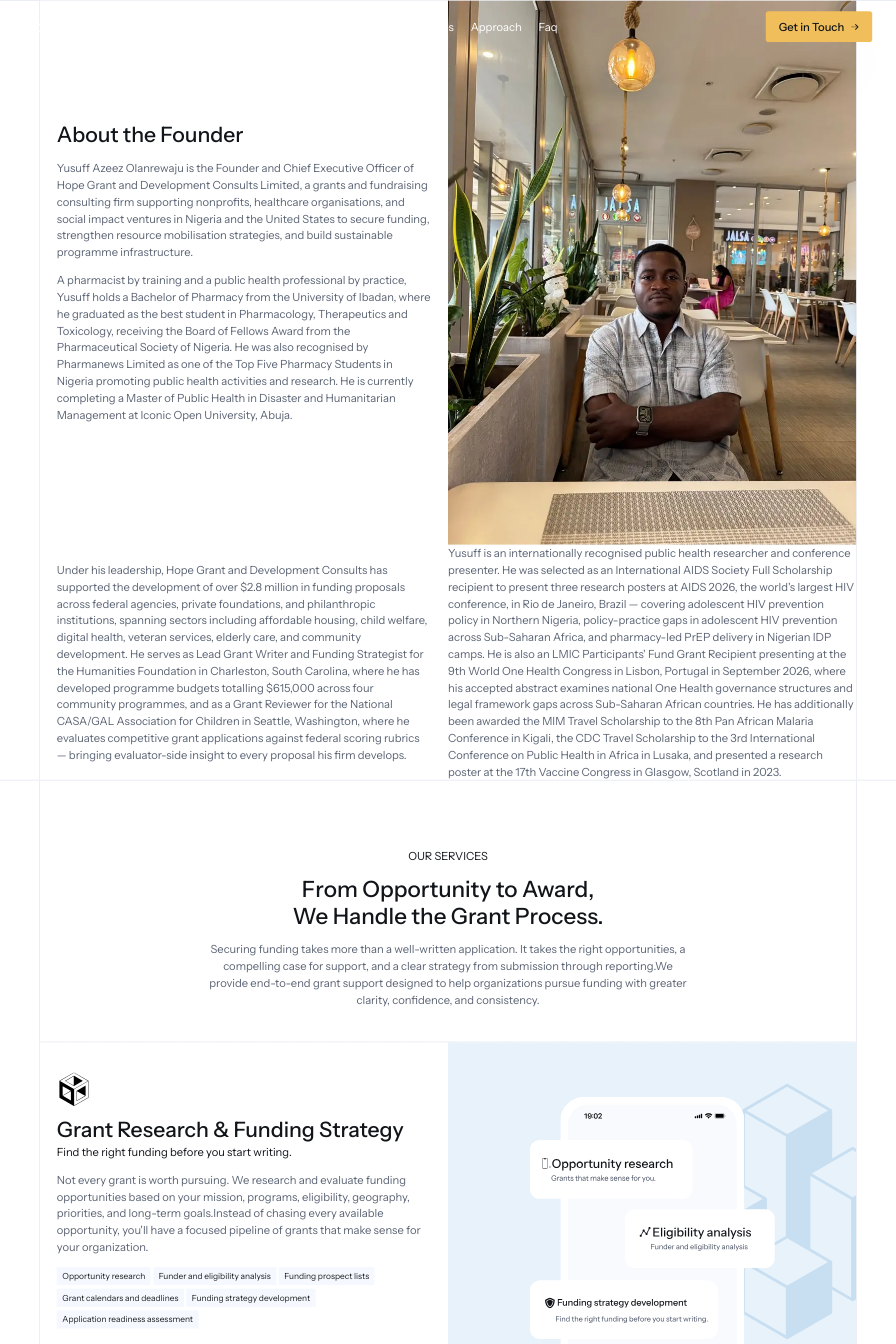
Repository: Ajeyinka/Upgrowth
Page: about.html
An editor plug-in stored every save of this project. The page is shown before and after the next save, followed by the edit.
The browser window is 1280 px wide. The pictures show the part of the page from y = 0 to 1920 px (the page is 5203 px tall before and 5206 px after), at 70% of full size.

Above is the page before, as saved 2026-09-24 18:41:44.

### about.html
<!doctype html>
<html lang="en">
  <head>
    <meta charset="UTF-8" />
    <meta name="viewport" content="width=device-width, initial-scale=1.0" />
     <meta
      name="description"
      content="Granted Advisors specialize in helping you scale your impact and secure resources they need to fulfill their mission"
    />
    <meta name="author" content="designer_0layinka" />
    <meta name="robots" content="index, follow" />
    <title>UpGrowth Consulting | grant writing service</title>
    <link rel="stylesheet" href="styles.css" />
    <link rel="icon" type="image/svg" href="images/logo.svg">
     <script src="script.js" defer></script>
  </head>
  <body>

    <nav class="navbar">
      <div class="nav-wrapper">
        <a class="logo" href="/">
           Hope Consults
        </a>

      <ul class="nav-list">
        <li><a href="#about">About Us</a></li>
        <li><a href="#services">Services</a></li>
        <li><a href="#approach">Approach</a></li>
        <li><a href="#faq">Faq</a></li>
      </ul>
      <div class="btn-wrap">
        <a href="contact.html" class="primary-btn"
          >Get in Touch
           <svg xmlns:xlink="http://www.w3.org/1999/xlink"  width="100%" height="100%" viewBox="0 0 16 17" fill="currentColor" xmlns="http://www.w3.org/2000/svg">
<path opacity="0.5" d="M2.66659 8C2.53398 8 2.4068 8.05268 2.31303 8.14645C2.21926 8.24021 2.16659 8.36739 2.16659 8.5C2.16659 8.63261 2.21926 8.75978 2.31303 8.85355C2.4068 8.94732 2.53398 9 2.66659 9L2.66659 8ZM2.66659 9L13.3333 9L13.3333 8L2.66659 8L2.66659 9Z" fill="currentColor"></path>
<path d="M13.9152 8.02637C14.1555 8.32095 14.138 8.75567 13.8634 9.03028L9.86341 13.0303C9.57051 13.3232 9.09575 13.3232 8.80286 13.0303C8.50997 12.7374 8.50997 12.2626 8.80286 11.9697L12.2726 8.5L8.80286 5.03028C8.50997 4.73738 8.50997 4.26262 8.80286 3.96973C9.09575 3.67684 9.57052 3.67684 9.86341 3.96973L13.8634 7.96973L13.9152 8.02637Z" fill="currentColor"></path>
</svg>
        </a>
      </div>
      <div class="btn-toggle-hold">
              <a href="#" class="toggle_button" id="toggle_button">
                <span class="bar one"></span>
                <span class="bar two"></span>
                <span class="bar three"></span>
              </a>

            </div>

    </nav>
    <main>
         <section class="about-section" id="about">
  <div class="container_large">
    <div class="padding_globe">
      <div class="service-component">
        <div class="section-conten">

        <div class="two-col-grid">
            <div class="grid-text">
              <div>


                <h2>
                  About the Founder
                </h2>
              </div>

              <p>
                Yusuff Azeez Olanrewaju is the Founder and Chief Executive Officer of Hope Grant and Development Consults Limited, a grants and fundraising consulting firm supporting nonprofits, healthcare organisations, and social impact ventures in Nigeria and the United States to secure funding, strengthen resource mobilisation strategies, and build sustainable programme infrastructure.



              </p>
              <p>A pharmacist by training and a public health professional by practice, Yusuff holds a Bachelor of Pharmacy from the University of Ibadan, where he graduated as the best student in Pharmacology, Therapeutics and Toxicology, receiving the Board of Fellows Award from the Pharmaceutical Society of Nigeria. He was also recognised by Pharmanews Limited as one of the Top Five Pharmacy Students in Nigeria promoting public health activities and research. He is currently completing a Master of Public Health in Disaster and Humanitarian Management at Iconic Open University, Abuja.</p>
            </div>

            <div class="grid-image">
              <img src="images/consult.webp" alt="" />
            </div>
          </div>

           <div class="two-col-grid">
            <div class="grid-text">


              <p>
                Under his leadership, Hope Grant and Development Consults has supported the development of over $2.8 million in funding proposals across federal agencies, private foundations, and philanthropic institutions, spanning sectors including affordable housing, child welfare, digital health, veteran services, elderly care, and community development. He serves as Lead Grant Writer and Funding Strategist for the Humanities Foundation in Charleston, South Carolina, where he has developed programme budgets totalling $615,000 across four community programmes, and as a Grant Reviewer for the National CASA/GAL Association for Children in Seattle, Washington, where he evaluates competitive grant applications against federal scoring rubrics — bringing evaluator-side insight to every proposal his firm develops.

              </p>

            </div>

            <div class="grid-image">
               <p>
                Yusuff is an internationally recognised public health researcher and conference presenter. He was selected as an International AIDS Society Full Scholarship recipient to present three research posters at AIDS 2026, the world's largest HIV conference, in Rio de Janeiro, Brazil — covering adolescent HIV prevention policy in Northern Nigeria, policy-practice gaps in adolescent HIV prevention across Sub-Saharan Africa, and pharmacy-led PrEP delivery in Nigerian IDP camps. He is also an LMIC Participants' Fund Grant Recipient presenting at the 9th World One Health Congress in Lisbon, Portugal in September 2026, where his accepted abstract examines national One Health governance structures and legal framework gaps across Sub-Saharan African countries. He has additionally been awarded the MIM Travel Scholarship to the 8th Pan African Malaria Conference in Kigali, the CDC Travel Scholarship to the 3rd International Conference on Public Health in Africa in Lusaka, and presented a research poster at the 17th Vaccine Congress in Glasgow, Scotland in 2023.




              </p>
            </div>
          </div>

        </div>
      </div>
    </div>
  </div>
</section>

        <section class="service-section" id="services">
          <div class="container_large">
             <div class="padding_globe">
              <div class="service-component">
                 <div class="section-top">
                  <div class="section-top-text">
                        <div class="eye-brow">OUR SERVICES</div>
                        <h2>From Opportunity to Award, We Handle the Grant Process.</h2>
                         <p>Securing funding takes more than a well-written application. It takes the right opportunities, a compelling case for support, and a clear strategy from submission through reporting.We provide end-to-end grant support designed to help organizations pursue funding with greater clarity, confidence, and consistency.</p>
                  </div>

                 </div>
                 <div class="section-content">
                   <div class="two-col-grid">
                     <div class="grid-text">
                      <img src="images/grant.svg" alt="" srcset="">
                      <div>
                        <h3>Grant Research & Funding Strategy</h3>
                       <div class="eye-brow">Find the right funding before you start writing.</div>
                      </div>
                       <p>Not every grant is worth pursuing. We research and evaluate funding opportunities based on your mission, programs, eligibility, geography, priorities, and long-term goals.Instead of chasing every available opportunity, you'll have a focused pipeline of grants that make sense for your organization.</p>
                        <div class="tags">
                        <div class="tag">Opportunity research</div>
                        <div class="tag">Funder and eligibility analysis</div>
                        <div class="tag">Funding prospect lists</div>
                        <div class="tag">Grant calendars and deadlines</div>
                        <div class="tag">Funding strategy development</div>
                        <div class="tag">Application readiness assessment</div>
                       </div>
                     </div>
                     <div class="grid-image">
                      <img src="images/firstbg.svg" alt="" srcset="">
                      <img src="images/grand-research.svg" alt="" srcset="" class=" rsh">
                    </div>
                   </div>
                    <div class="two-col-grid">

                     <div class="grid-image">
                      <img src="images/secondbg.svg" alt="" srcset="">
                      <img src="images/grantwrite.svg" alt="" srcset="" class="top">
                    </div>
                    <div class="grid-text">
                      <img src="images/grant2.svg" alt="" srcset="">
                      <div>
                        <h3>Grant Writing & Proposal Development</h3>
                       <div class="eye-brow">Turn your mission into a case funders can believe in..</div>
                      </div>
                       <p>A strong proposal connects what your organization does with what funders care about. We transform your programs, goals, data, and impact into clear, persuasive applications built around each funder's requirements.From the first narrative to the final submission package, every detail is developed with clarity and purpose.</p>
                        <div class="tags">
                        <div class="tag">Proposal and narrative development</div>
                        <div class="tag">Letters of inquiry and concept notes</div>
                        <div class="tag">Goals, objectives, and outcomes</div>
                        <div class="tag">Budget narrative support</div>
                        <div class="tag">Application review and editing</div>
                        <div class="tag">Needs statements and program descriptions</div>
                       </div>
                     </div>
                   </div>
                    <div class="two-col-grid">
                     <div class="grid-text">
                      <img src="images/grant3.svg" alt="" srcset="">
                       <div>
                        <h3>Grant Management & Reporting</h3>
                       <div class="eye-brow">Stay funded after the award..</div>
                      </div>
                       <p>Winning a grant creates new responsibilities. Deadlines, reporting requirements, deliverables, renewals, and funder communication all need careful management.We help you stay organized and accountable throughout the grant lifecycle, while positioning your organization for stronger funder relationships and future opportunities.</p>
                       <div class="tags">
                        <div class="tag">Grant calendar management</div>
                        <div class="tag">Reporting and documentation</div>
                        <div class="tag">Progress and impact reports</div>
                        <div class="tag">Compliance tracking</div>
                        <div class="tag">Renewal applications</div>
                        <div class="tag">Funder communication support</div>
                        <div class="tag">Ongoing grant pipeline management</div>
                       </div>
                     </div>
                     <div class="grid-image">
                      <img src="images/thirdbg.svg" alt="" srcset="">
                      <img src="images/grantmanage.svg" alt="" srcset="" class="top">
                    </div>
                   </div>
                 </div>
              </div>
             </div>
          </div>
        </section>
        <section class="approach-section" id="approach">
          <div class="container_large">
             <div class="padding_globe">
              <div class="service-component">
                <div class="section-top">
                  <div class="section-top-text">
                        <div class="eye-brow">OUR APPROACH</div>
                        <h2>The Right Grant.The Right Story.The Right Strategy.</h2>
                         <p>Successful grant funding starts long before the application and continues after the award. Our approach brings research, strategy, writing, and grant management together into one clear process, so every opportunity you pursue has purpose behind it.</p>
                  </div>

                 </div>
                 <div class="section-content">
                   <div class="three-col-grid">
                     <div class="approach-card">
                       <img src="images/grant4.svg" alt="">
                       <div>
                         <div class="eyebrow">DISCOVER</div>
                        <h3>We Start With Your Mission.</h3>
                       </div>
                       <p>Before we search for funding, we take the time to understand your organization, programs, goals, community, and funding priorities. This gives us the foundation to identify opportunities that truly align with the work you do.</p>
                       <div class="eyebrow">Understand the mission. Define the need. Set the direction.</div>
                     </div>
                     <div class="approach-card">
                       <img src="images/grant5.svg" alt="">
                       <div>
                         <div class="eyebrow">RESEARCH</div>
                         <h3>We Find the Right Opportunities.</h3>
                       </div>
                       <p>More grants don't always mean more funding. We research and qualify opportunities based on eligibility, alignment, funding priorities, deadlines, and your likelihood of being a strong candidate.</p>
                        <div class="eyebrow">Less chasing. More strategic opportunities.</div>
                     </div>
                      <div class="approach-card">
                       <img src="images/grant6.svg" alt="">
                       <div>
                         <div class="eyebrow">DEVELOP</div>
                         <h3>We Build a Compelling Case.</h3>
                       </div>
                       <p>We turn your programs, impact, data, and vision into a clear proposal tailored to each funder. Every application is developed to communicate not only what you need, but why your work deserves investment.</p>
                        <div class="eyebrow">Clear narratives. Strong applications. Funder-focused storytelling.</div>
                     </div>
                      <div class="approach-card">
                       <img src="images/grant.svg" alt="">
                       <div>
                         <div class="eyebrow">SUPPORT</div>
                         <h3>We Stay With You Beyond Submission.</h3>
                       </div>
                       <p>Our work doesn't have to end when you hit submit. We can help manage your grant pipeline, reporting requirements, renewals, deadlines, and future opportunities, giving you a more consistent approach to funding.</p>
                        <div class="eyebrow">From first opportunity to long-term funding strategy.</div>
                     </div>


                   </div>
                 </div>
              </div>

             </div>
          </div>
        </section>


        <section class="cta-section rel" id="cta">
          <div class="container_large">
             <div class="padding_globe">
                  <img src="images/bg.svg" alt="" class="bg">
                  <img src="images/bg1.svg" alt="" class="bg2">
                  <div class="cta-component">
                      <h2>Ready to discuss your funding needs?</h2>
                      <p>Schedule a Sales Discovery Call today!</p>
                       <div class="btn-wrapper">
                        <a href="contact.html" class="primary-btn"
                          >Get Grant Support
                           <svg xmlns:xlink="http://www.w3.org/1999/xlink"  width="100%" height="100%" viewBox="0 0 16 17" fill="currentColor" xmlns="http://www.w3.org/2000/svg">
                              <path opacity="0.5" d="M2.66659 8C2.53398 8 2.4068 8.05268 2.31303 8.14645C2.21926 8.24021 2.16659 8.36739 2.16659 8.5C2.16659 8.63261 2.21926 8.75978 2.31303 8.85355C2.4068 8.94732 2.53398 9 2.66659 9L2.66659 8ZM2.66659 9L13.3333 9L13.3333 8L2.66659 8L2.66659 9Z" fill="currentColor"></path>
                              <path d="M13.9152 8.02637C14.1555 8.32095 14.138 8.75567 13.8634 9.03028L9.86341 13.0303C9.57051 13.3232 9.09575 13.3232 8.80286 13.0303C8.50997 12.7374 8.50997 12.2626 8.80286 11.9697L12.2726 8.5L8.80286 5.03028C8.50997 4.73738 8.50997 4.26262 8.80286 3.96973C9.09575 3.67684 9.57052 3.67684 9.86341 3.96973L13.8634 7.96973L13.9152 8.02637Z" fill="currentColor"></path>
                          </svg>
                        </a>
                      </div>
                  </div>
             </div>
          </div>
        </section>

    </main>
      <footer>
             <div class="container_large">
               <div class="padding_globe">
                    <div class="footer-component">
                      <div class="col">
                        <img src="images/footerlogo.svg" alt="">
                        <p>Scale your funding opportunities</p>
                      </div>
                      <div class="col">
                        <h4>Navigate</h4>
                        <ul class="footer-links">
                            <li><a href="index.html#about">About Us</a></li>
                            <li><a href="index.html#services">Services</a></li>
                            <li><a href="index.html#approach">Approach</a></li>
                            <li><a href="contact.html">Get in Touch</a></li>
                        </ul>
                      </div>
                      <div class="col">
                        <h4>Services</h4>
                        <ul class="footer-links">
                            <li><a href="index.html#services">Grant Writing</a></li>
                            <li><a href="index.html#services">Grant Research</a></li>
                            <li><a href="index.html#services">Grant Management</a></li>
                            </ul>
                      </div>
                      <div class="col">
                        <h4>Legal</h4>
                        <ul class="footer-links">
                            <li><a href="privacy.html">Privacy notice</a></li>
                            <li><a href="cookie-policy.html">cookie policy</a></li>
                            <li><a href="contact.html">Contact Us</a></li>
                        </ul>
                      </div>
                      <div class="footer-btm">
                        <p>© 2024 UpGrowth.</p>
                      </div>
                    </div>
             </div>
        </footer>
  </body>
</html>

Loaded but not shown: images/grand-research.svg (58 lines, source omitted); images/grantmanage.svg (52 lines, source omitted); images/grantwrite.svg (95 lines, source omitted); images/footerlogo.svg (25 lines, source omitted); images/bg1.svg (4 lines, source omitted); images/bg.svg (5 lines, source omitted); images/grant4.svg (5 lines, source omitted); images/grant3.svg (3 lines, source omitted); images/grant5.svg (3 lines, source omitted); images/grant6.svg (3 lines, source omitted); images/grant2.svg (3 lines, source omitted); images/grant.svg (5 lines, source omitted); images/secondbg.svg (11 lines, source omitted); images/thirdbg.svg (4 lines, source omitted); script.js (76 lines, source omitted); styles.css (1070 lines, source omitted)

After the next save:
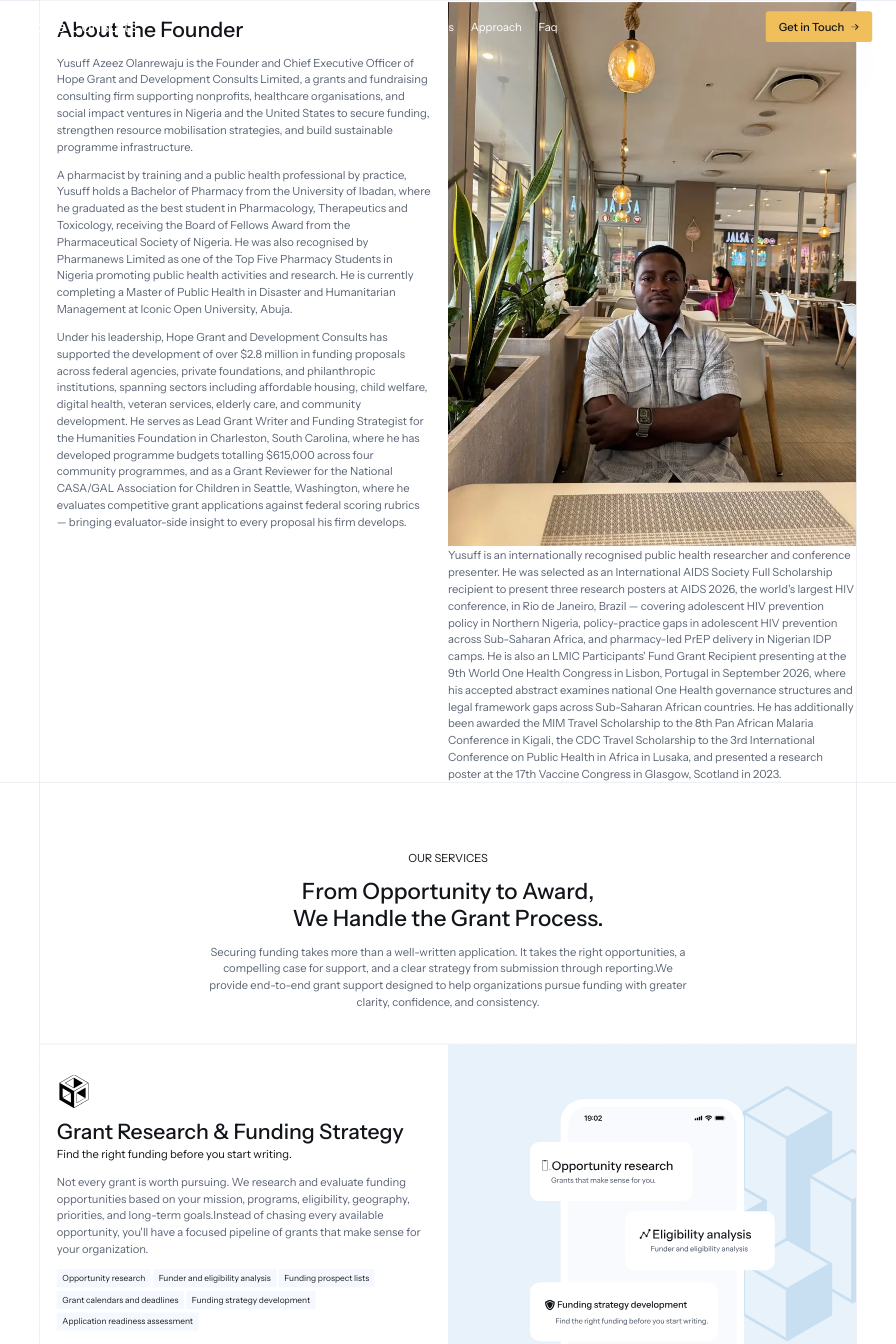
Saved 35 s later.
--- a/about.html
+++ b/about.html
@@ -71,6 +71,10 @@
 
               </p>
               <p>A pharmacist by training and a public health professional by practice, Yusuff holds a Bachelor of Pharmacy from the University of Ibadan, where he graduated as the best student in Pharmacology, Therapeutics and Toxicology, receiving the Board of Fellows Award from the Pharmaceutical Society of Nigeria. He was also recognised by Pharmanews Limited as one of the Top Five Pharmacy Students in Nigeria promoting public health activities and research. He is currently completing a Master of Public Health in Disaster and Humanitarian Management at Iconic Open University, Abuja.</p>
+                <p>
+                Under his leadership, Hope Grant and Development Consults has supported the development of over $2.8 million in funding proposals across federal agencies, private foundations, and philanthropic institutions, spanning sectors including affordable housing, child welfare, digital health, veteran services, elderly care, and community development. He serves as Lead Grant Writer and Funding Strategist for the Humanities Foundation in Charleston, South Carolina, where he has developed programme budgets totalling $615,000 across four community programmes, and as a Grant Reviewer for the National CASA/GAL Association for Children in Seattle, Washington, where he evaluates competitive grant applications against federal scoring rubrics — bringing evaluator-side insight to every proposal his firm develops.
+
+              </p>
             </div>
 
             <div class="grid-image">
@@ -82,10 +86,7 @@
             <div class="grid-text">
 
 
-              <p>
-                Under his leadership, Hope Grant and Development Consults has supported the development of over $2.8 million in funding proposals across federal agencies, private foundations, and philanthropic institutions, spanning sectors including affordable housing, child welfare, digital health, veteran services, elderly care, and community development. He serves as Lead Grant Writer and Funding Strategist for the Humanities Foundation in Charleston, South Carolina, where he has developed programme budgets totalling $615,000 across four community programmes, and as a Grant Reviewer for the National CASA/GAL Association for Children in Seattle, Washington, where he evaluates competitive grant applications against federal scoring rubrics — bringing evaluator-side insight to every proposal his firm develops.
-
-              </p>
+
 
             </div>
 
